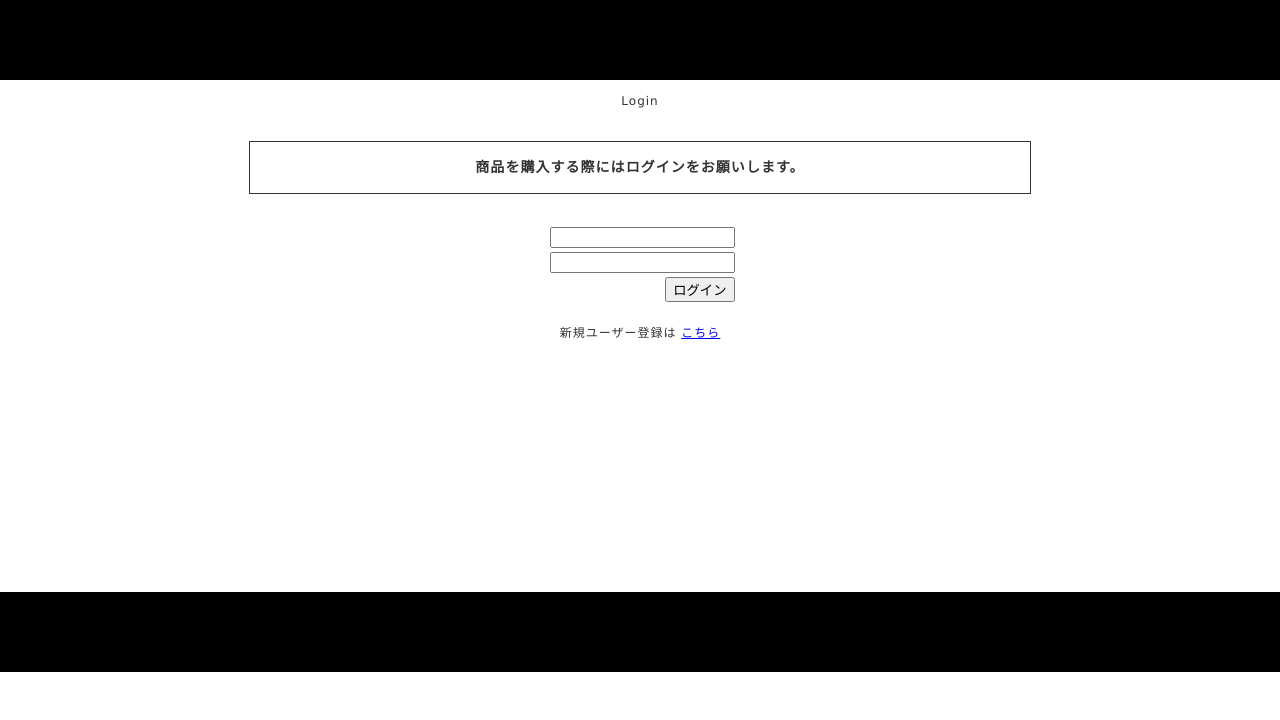
Repository: NoriakiYasumura/test01
Page: http://localhost/template2/login.jsp
An editor plug-in stored every save of this project. The page is shown before and after the next save, followed by the edit.
The browser window is 1280 px wide. The pictures show the whole page.
The page is served by Tomcat 9. Other server files are loaded and not shown.

Above is the page before, as saved 2019-04-22 01:42:53.

### template2/WebContent/login.jsp
<%@ page language="java" contentType="text/html; charset=UTF-8"
    pageEncoding="UTF-8"%>
<%@ taglib prefix="s" uri="/struts-tags" %>
<!DOCTYPE html>
<html>
	<head>
		<meta http-equiv="Content-Type" content="text/html; charset=UTF-8"/>
		<meta http-equiv="Content-Style-Type" content="text/css"/>
		<meta http-equiv="Content-Script-Type" content="text/javascript"/>
		<meta http-equiv="imagetoolbar" content="no"/>
		<meta name="description" content=""/>
		<meta name="keywords" content=""/>
		<title>Login画面</title>

		<style type="text/css">
			/* TAGLAYOUT */
			body{
				margin:0;
				padding:0;
				line-height:1.6;
				letter-spacing:1px;
				font-family:Verdana,Helvetica,sans-serif;
				font-size:12px;
				color:#333;
				background:#fff;
			}
			table{
				text-align:center;
				margin:0 auto;
			}

			/* IDLAYOUT */
			#top{
				width:780px;
				margin:30px auto;
				border:1px solid #333;
			}

			#header{
				width:100%;
				height:80px;
				background-color:black;
			}

			#main{
				width:100%;
				height:500px;
				text-align:center;
			}

			#footer{
				width:100%;
				height:80px;
				background-color:black;
				clear:both;
			}

		</style>
	</head>
	<body>
		<div id="header"></div>

		<div id="main">
			<p>Login</p>
			<div id="top">
				<h3>商品を購入する際にはログインをお願いします。</h3>
			</div>
			<div>
				<s:form action="LoginAction">
					<s:textfield name="loginUserId"/>
					<s:password name="loginPassword"/>
					<s:submit value="ログイン"/>
				</s:form>
				<br>
				<div>
					<span>新規ユーザー登録は
						<a href='<s:url action="UserCreateAction"/>'>こちら</a>
					</span>
				</div>
			</div>
		</div>

		<div id="footer"></div>
	</body>
</html>

After the next save:
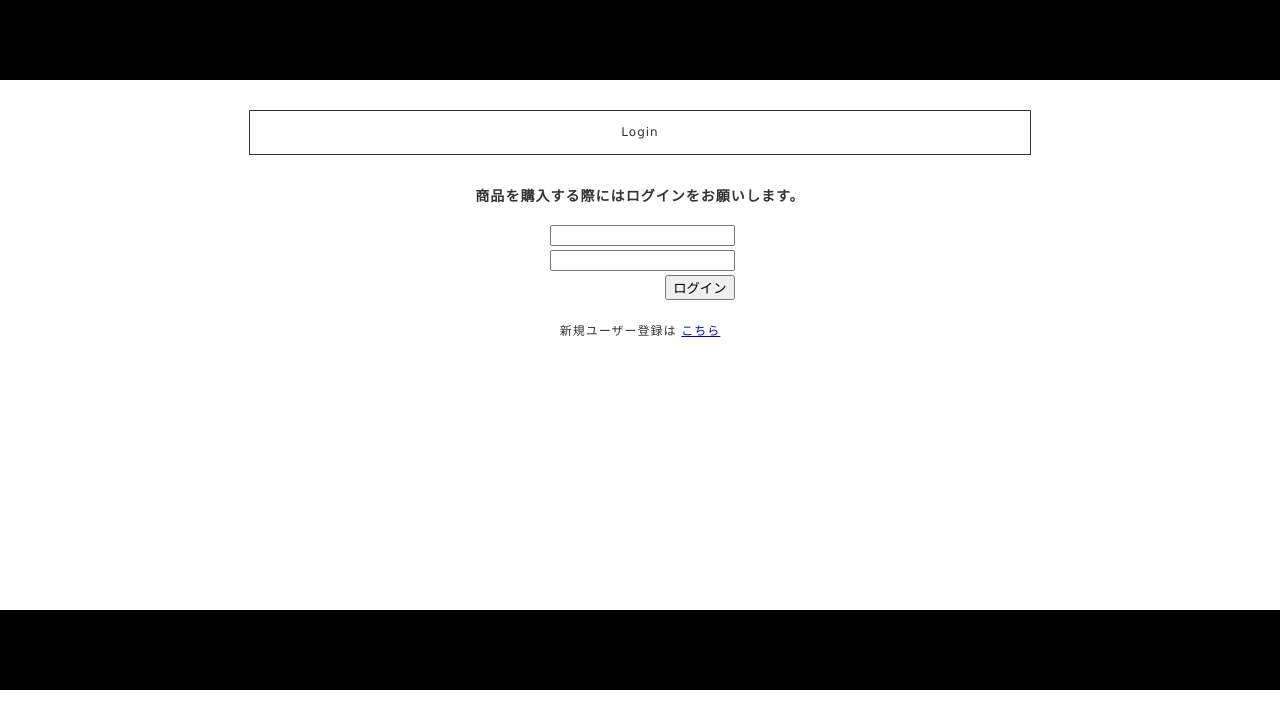
Saved 2 min 0 s later.
--- a/template2/WebContent/login.jsp
+++ b/template2/WebContent/login.jsp
@@ -61,11 +61,11 @@
 		<div id="header"></div>
 
 		<div id="main">
-			<p>Login</p>
 			<div id="top">
-				<h3>商品を購入する際にはログインをお願いします。</h3>
+				<p>Login</p>
 			</div>
 			<div>
+				<h3>商品を購入する際にはログインをお願いします。</h3>
 				<s:form action="LoginAction">
 					<s:textfield name="loginUserId"/>
 					<s:password name="loginPassword"/>
